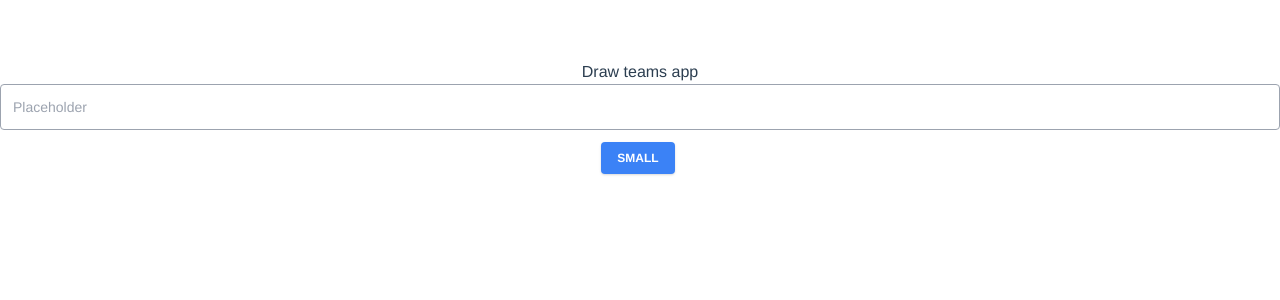
Repository: AlekJanevski/draw-teams-app
Page: /
An editor plug-in stored every save of this project. The page is shown before and after the next save, followed by the edit.
The browser window is 1280 px wide. The pictures show the whole page.
The project was rebuilt for these pictures with package versions that can differ from the ones it lists, and the page was loaded fresh each time.

Above is the page before, as saved 2021-03-18 20:16:38.

### src/components/HelloWorld.vue
<template>
  <div>
    <h1>Draw teams app</h1>

    <div class="pt-0 mb-3">
      <input type="text" placeholder="Placeholder" class="relative w-full px-3 py-3 text-sm text-gray-700 placeholder-gray-400 bg-white border border-gray-400 rounded outline-none focus:outline-none focus:shadow-outline"/>
    </div>
    <button class="px-4 py-2 mb-1 mr-1 text-xs font-bold text-white uppercase bg-blue-500 rounded shadow outline-none active:bg-blue-600 hover:shadow-md focus:outline-none" type="button" style="transition: all .15s ease">
      Small
    </button>
  </div>
</template>

<script>
export default {
  name: 'HelloWorld',
  props: {
    msg: String
  }
}
</script>

<!-- Add "scoped" attribute to limit CSS to this component only -->
<style scoped>
h3 {
  margin: 40px 0 0;
}
ul {
  list-style-type: none;
  padding: 0;
}
li {
  display: inline-block;
  margin: 0 10px;
}
a {
  color: #42b983;
}
</style>

Loaded but not shown: public/index.html (common file); src/main.js (common file); src/App.vue (common file); src/index.css (common file); tailwind.config.js (common file)

After the next save:
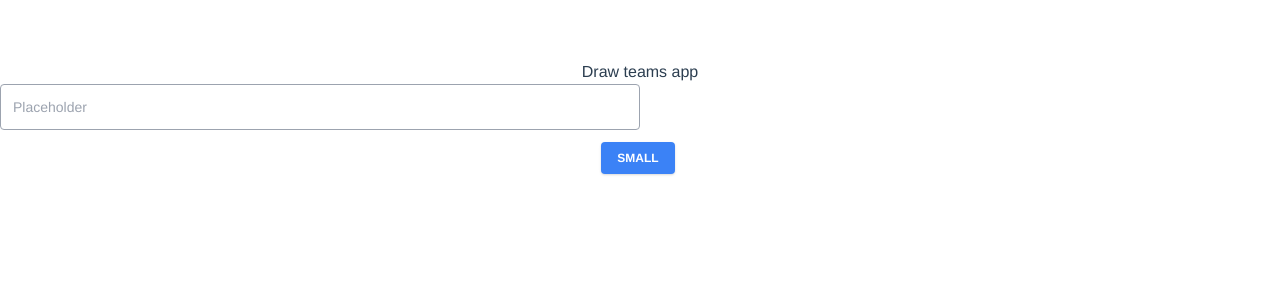
Saved 98 s later.
--- a/src/components/HelloWorld.vue
+++ b/src/components/HelloWorld.vue
@@ -2,7 +2,7 @@
   <div>
     <h1>Draw teams app</h1>
 
-    <div class="pt-0 mb-3">
+    <div class="w-1/2 pt-0 mb-3">
       <input type="text" placeholder="Placeholder" class="relative w-full px-3 py-3 text-sm text-gray-700 placeholder-gray-400 bg-white border border-gray-400 rounded outline-none focus:outline-none focus:shadow-outline"/>
     </div>
     <button class="px-4 py-2 mb-1 mr-1 text-xs font-bold text-white uppercase bg-blue-500 rounded shadow outline-none active:bg-blue-600 hover:shadow-md focus:outline-none" type="button" style="transition: all .15s ease">
